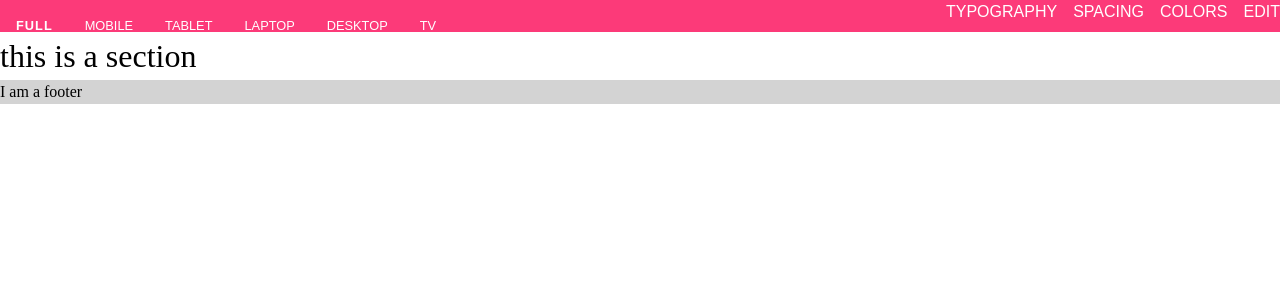
Repository: Terrycoco/coco-playground
Page: /
These files come from the project's save history. The page is drawn as it stood at one moment and after the next save; the edit follows.
The browser window is 1280 px wide. The pictures show the whole page.
The project was rebuilt for these pictures with package versions that can differ from the ones it lists, and the page was loaded fresh each time. The framework's server and built-in components were replaced by stand-ins that run in the browser. Also part of the build but not shown: next.config.js, src/components/layout/FakeHeader.js.

Above is the page before, as saved 2023-03-20 11:35:56.

After the next save:
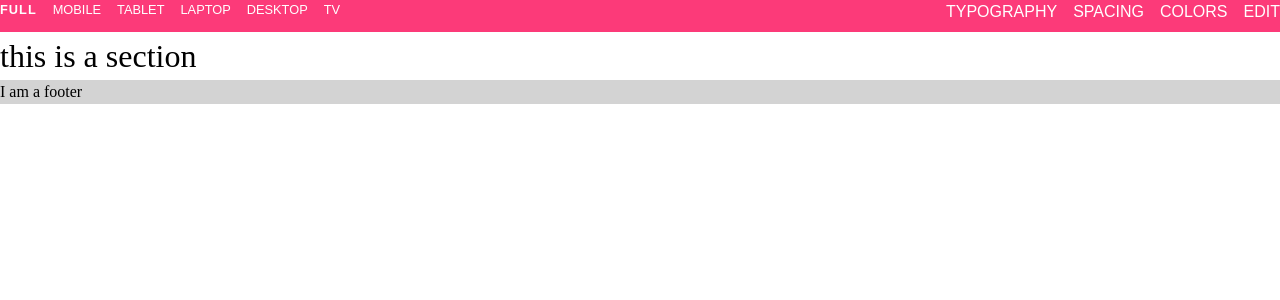
Saved 13 s later.
--- a/src/components/menus/DeviceMenu.js
+++ b/src/components/menus/DeviceMenu.js
@@ -36,7 +36,7 @@ const DeviceMenu = () => {
       fontFamily: "Arial",
       textTransform: "uppercase",
       fontSize: ".8em",
-      padding: "1rem",
+      paddingRight: "1rem",
     },
   };
 
